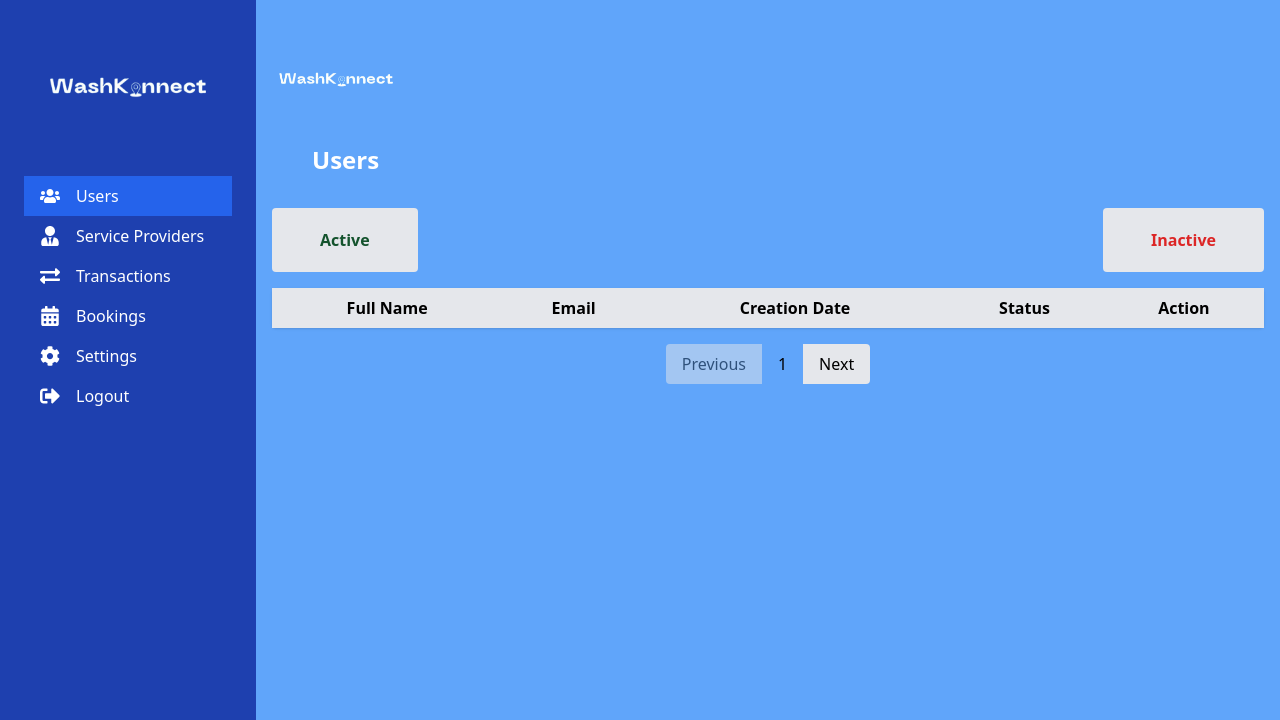
Repository: TEKVOLUTION-LTD/Admin-washKonnect
Page: /dashboard/users (app in Admin-WashKonnect/)
The author's editor kept a copy of each file at every save. The page is drawn from the files as they stood at one save, then again after the next save.
The browser window is 1280 px wide. The pictures show the whole page.
The page's requests for data from a server got no answer. The project was rebuilt for these pictures with package versions that can differ from the ones it lists, and the page was loaded fresh each time. No one was signed in, and anything a server would have sent is missing. Also part of the build but not shown: Admin-WashKonnect/vite.config.js, Admin-WashKonnect/src/pages/LoginPage.jsx, Admin-WashKonnect/src/pages/ServiceProviderPage.jsx, Admin-WashKonnect/src/pages/TransactionsPage.jsx, Admin-WashKonnect/src/pages/BookingsPage.jsx, Admin-WashKonnect/src/pages/SettingsPage.jsx, Admin-WashKonnect/src/pages/LogoutPage.jsx, Admin-WashKonnect/src/pages/ServiceProviderProfile.jsx and 1 more.

Above is the page before, as saved 2024-11-25 14:34:11.

After the next save:
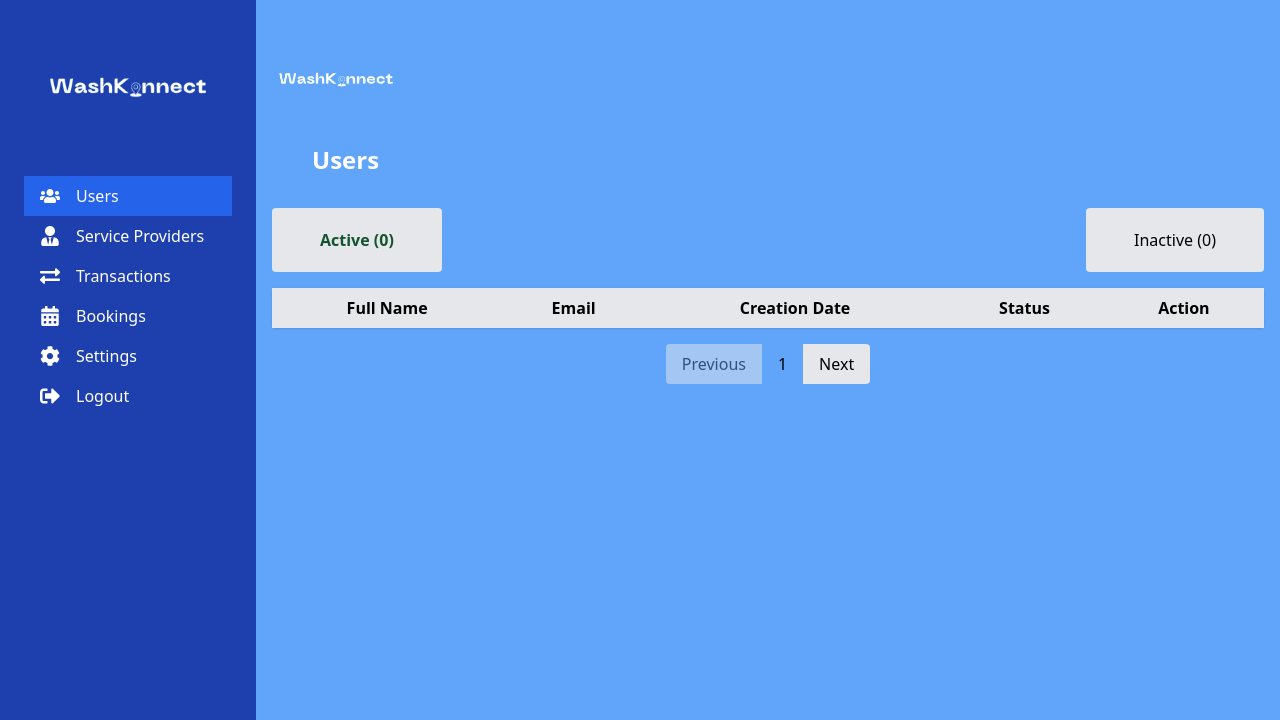
Saved 6 min 23 s later.
--- a/Admin-WashKonnect/src/components/UsersPage.jsx
+++ b/Admin-WashKonnect/src/components/UsersPage.jsx
@@ -8,20 +8,37 @@ const UserPage = () => {
   const [users, setUsers] = useState([]);
   const [filter, setFilter] = useState("active");
   const [currentPage, setCurrentPage] = useState(1);
+  const [activeCount, setActiveCount] = useState(0); // Active users count
+  const [inactiveCount, setInactiveCount] = useState(0); // Inactive users count
   const usersPerPage = 10;
 
+  // Fetch users based on filter and calculate counts
   useEffect(() => {
     const fetchUsers = async () => {
       try {
-        const response = await API.get(`/users?status=${filter}`);
-        setUsers(response.data);
+        const response = await API.get(`/users`);
+        const allUsers = response.data;
+
+        // Calculate counts
+        const activeUsers = allUsers.filter((user) => user.status === "active");
+        const inactiveUsers = allUsers.filter((user) => user.status === "inactive");
+
+        setActiveCount(activeUsers.length); // Update active count
+        setInactiveCount(inactiveUsers.length); // Update inactive count
+
+        // Filter users for the current view
+        const filteredUsers =
+          filter === "active" ? activeUsers : inactiveUsers;
+        setUsers(filteredUsers);
       } catch (error) {
         console.error("Failed to fetch users", error);
       }
     };
+
     fetchUsers();
   }, [filter]);
 
+  // Pagination logic
   const startIndex = (currentPage - 1) * usersPerPage;
   const displayedUsers = users.slice(startIndex, startIndex + usersPerPage);
 
@@ -31,6 +48,8 @@ const UserPage = () => {
         <img src={WashkonnectLogo} className="h-[8rem] mx-0" alt="WashKonnect Logo" />
       </div>
       <h1 className="font-bold text-2xl ml-10 text-white">Users</h1>
+
+      {/* Buttons for active and inactive users */}
       <div className="flex justify-between mb-4 mt-[2rem]">
         <button
           onClick={() => setFilter("active")}
@@ -38,17 +57,19 @@ const UserPage = () => {
             filter === "active" ? "bg-gray-200 text-green-900 font-bold" : "bg-gray-200"
           }`}
         >
-          Active
+          Active ({activeCount}) {/* Display active count */}
         </button>
         <button
           onClick={() => setFilter("inactive")}
-          className={`px-[3rem] py-2 rounded text-red-600 font-bold ${
-            filter === "inactive" ? "bg-blue-600 text-white" : "bg-gray-200"
+          className={`px-[3rem] py-5 rounded ${
+            filter === "inactive" ? "bg-gray-200 text-red-600 font-bold" : "bg-gray-200"
           }`}
         >
-          Inactive
+          Inactive ({inactiveCount}) {/* Display inactive count */}
         </button>
       </div>
+
+      {/* User table */}
       <table className="w-full bg-white rounded shadow">
         <thead>
           <tr className="bg-gray-200">
@@ -76,6 +97,8 @@ const UserPage = () => {
           ))}
         </tbody>
       </table>
+
+      {/* Pagination */}
       <Pagination
         totalItems={users.length}
         itemsPerPage={usersPerPage}
